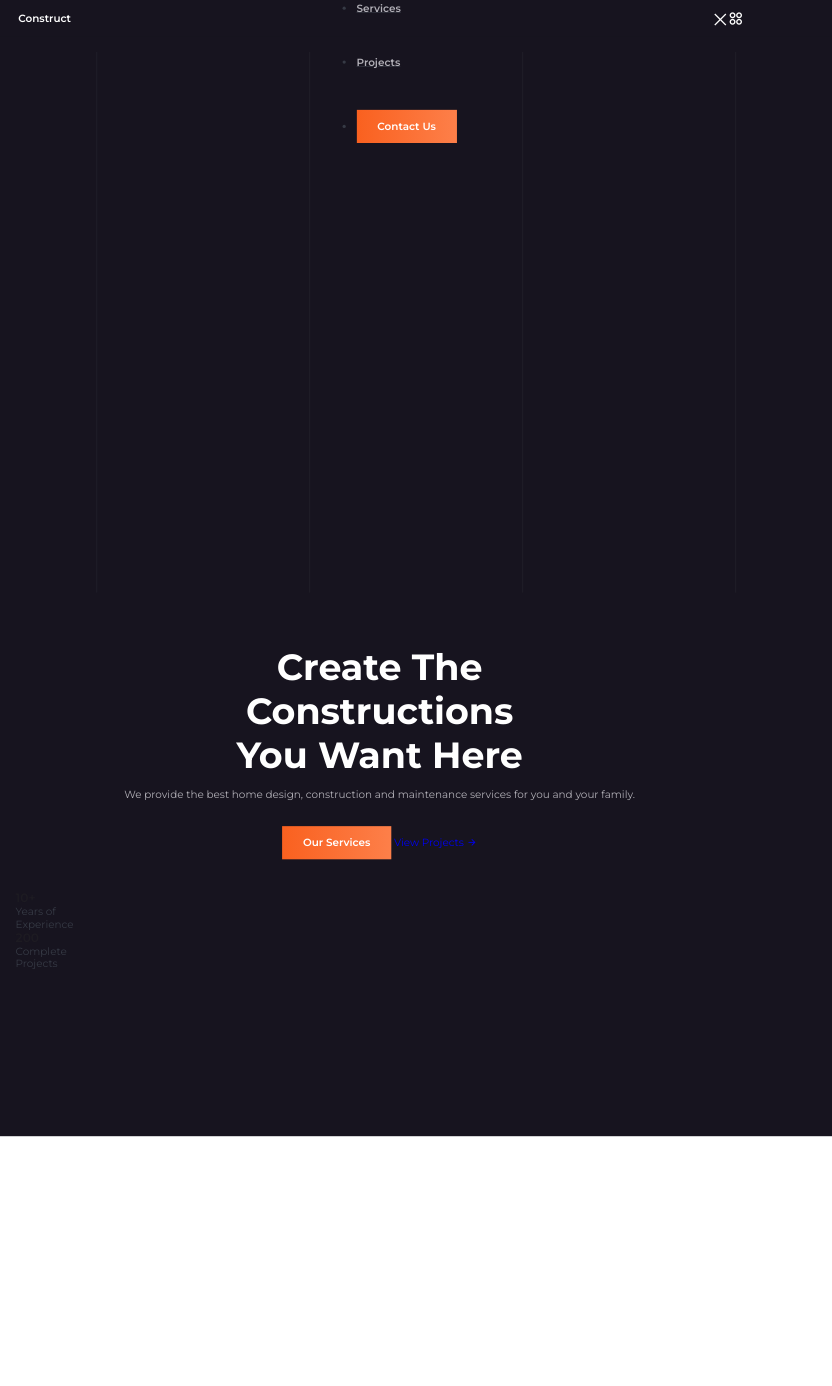
Repository: douglasabnovato/construction
Page: index.html
These files come from the project's save history. The page is drawn as it stood at one moment and after the next save; the edit follows.
The browser window is 1280 px wide. The pictures show the whole page, at 65% of full size.

Above is the page before, as saved 2025-04-29 00:47:18.

### index.html
<!DOCTYPE html>
<html lang="en">
  <head>
    <meta charset="UTF-8" />
    <meta name="viewport" content="width=device-width, initial-scale=1.0" />

    <!--=============== FAVICON ===============-->
    <link
      rel="shortcut icon"
      href="assets/img/favicon.png"
      type="image/x-icon"
    />

    <!--=============== REMIXICONS ===============-->
    <link
      rel="stylesheet"
      href="https://cdnjs.cloudflare.com/ajax/libs/remixicon/4.2.0/remixicon.css"
    />

    <!--=============== SWIPER CSS ===============-->
    <link rel="stylesheet" href="" />

    <!--=============== CSS ===============-->
    <link rel="stylesheet" href="assets/css/styles.css" />

    <title>Construction</title>
  </head>
  <body>
    <!--==================== HEADER ====================-->
    <header class="header" id="header">
      <nav class="nav container">
        <a href="#" class="nav__logo">
          <i class="ri-bulding-3-line"></i>
          <span>Construct</span>
        </a>
        <div class="nav__menu" id="nav-menu">
          <u class="nav__list">
            <li>
              <a href="#home" class="nav__link">Home</a>
            </li>
            <li>
              <a href="#aboutus" class="nav__link"> About Us</a>
            </li>
            <li>
              <a href="#services" class="nav__link"> Services</a>
            </li>
            <li>
              <a href="#projects" class="nav__link"> Projects</a>
            </li>
            <li>
              <a href="#contactus" class="nav__link button"> Contact Us</a>
            </li>
          </u>
          <!-- Close Button -->
          <div class="nav__close" id="nav-close">
            <i class="ri-close-large-line"></i>
          </div>
        </div>
        <!-- Toggle menu -->
        <div class="nav__toggle" id="nav-toggle">
          <i class="ri-apps-2-line"></i>
        </div>
      </nav>
    </header>

    <!--==================== MAIN ====================-->
    <main class="main">
      <!--==================== HOME ====================-->
      <section class="home section" id="home">
        <img
          src="./assets/img/home-lines-bg.svg"
          alt="image"
          class="home__lines"
        />
        <div class="home__container container grid">
          <div class="home__container grid">
            <div class="home__data">
              <h1 class="home__title">
                Create The<br />
                Constructions<br />
                You Want Here
              </h1>
              <p class="home__description">
                We provide the best home design, construction and maintenance
                services for you and your family.
              </p>
              <div class="home__buttons">
                <a href="#services" class="button">Our Services</a>
                <a href="#projects" class="button__link"
                  ><span>View Projects</span> <i class="ri-arrow-right-line"></i
                ></a>
              </div>
            </div>
            <div class="home__info">
              <div>
                <h3 class="home__info-title">10+</h3>
                <p class="home__info-description">
                  Years of <br />
                  Experience
                </p>
              </div>
              <div>
                <h3 class="home__info-title">200</h3>
                <p class="home__info-description">
                  Complete <br />
                  Projects
                </p>
              </div>
            </div>
          </div>
          <div class="home__images"></div>
        </div>
      </section>

      <!--==================== ABOUT ====================-->
      <section class="about section" id="about"></section>

      <!--==================== SERVICES ====================-->
      <section class="services section" id="services"></section>

      <!--==================== PROJECTS ====================-->
      <section class="projects section" id="projects"></section>

      <!--==================== CONTACT ====================-->
      <section class="contact section" id="contact"></section>
    </main>

    <!--==================== FOOTER ====================-->
    <footer class="footer"></footer>

    <!--========== SCROLL UP ==========-->

    <!--=============== SCROLLREVEAL ===============-->
    <script src=""></script>

    <!--=============== SWIPER JS ===============-->
    <script src=""></script>

    <!--=============== MAIN JS ===============-->
    <script src="assets/js/main.js"></script>
  </body>
</html>

### assets/css/styles.css
/*=============== GOOGLE FONTS ===============*/
@import url("https://fonts.googleapis.com/css2?family=Montserrat:wght@100..900&display=swap");

/*=============== VARIABLES CSS ===============*/
:root {
  --header-height: 3.5rem;

  /*========== Colors ==========*/
  /*Color mode HSL(hue, saturation, lightness)*/
  --first-color: hsl(18, 95%, 55%);
  --second-color: hsl(42, 98%, 52%);
  --first-gradient: linear-gradient(
    90deg,
    hsl(18, 95%, 55%),
    hsl(18, 98%, 64%)
  );
  --title-color: hsl(255, 12%, 12%);
  --text-color: hsl(225, 12%, 24%);
  --text-color-light: hsl(255, 4%, 70%);
  --body-color: hsl(0, 0%, 100%);
  --container-color: hsl(0, 0%, 100%);
  --white-color: hsl(0, 0%, 100%);
  --black-color: hsl(255, 20%, 10%);
  --gray-border: hsl(255, 6%, 90%);
  --black-border: hsl(255, 10%, 20%);

  /*========== Font and typography ==========*/
  /*.5rem = 8px | 1rem = 16px ...*/
  --body-font: "Montserrat", sans-serif;
  --big-font-size: 2.25rem;
  --h1-font-size: 1.5rem;
  --h2-font-size: 1.25rem;
  --h3-font-size: 1rem;
  --normal-font-size: 0.938rem;
  --small-font-size: 0.813rem;

  /*========== Font weight ==========*/
  --font-regular: 400;
  --font-medium: 500;
  --font-semi-bold: 600;
  --font-bold: 700;

  /*========== z index ==========*/
  --z-tooltip: 10;
  --z-fixed: 100;
}

/*========== Responsive typography ==========*/
@media screen and (min-width: 1150px) {
  :root {
    --big-font-size: 3.5rem;
    --h1-font-size: 2.25rem;
    --h2-font-size: 1.5rem;
    --h3-font-size: 1.25rem;
    --normal-font-size: 1rem;
    --small-font-size: 0.875rem;
  }
}

/*=============== BASE ===============*/
* {
  box-sizing: border-box;
  padding: 0;
  margin: 0;
}

html {
  scroll-behavior: smooth;
}

body {
  font-family: var(--body-font);
  font-size: var(--normal-font-size);
  background-color: var(--body-color);
  color: var(--text-color);
}

h1,
h2,
h3,
h4 {
  color: var(--title-color);
  font-weight: var(--font-semi-bold);
}

ul {
  list-style: none;
}

a {
  text-decoration: none;
}

img {
  display: block;
  max-width: 100%;
  height: auto;
}

/*=============== REUSABLE CSS CLASSES ===============*/
.container {
  max-width: 1120px;
  margin-inline: 1.5rem;
}

.grid {
  display: grid;
  gap: 1.5rem;
}

.section {
  padding-block: 5rem 1rem;
}
.section__title,
.section__subtitle {
  text-align: center;
}

.section__title {
  font-size: var(--h1-font-size);
  font-weight: var(--font-bold);
  margin-bottom: 1.5rem;
}

.section__subtitle {
  display: block;
  font-size: var(--normal-font-size);
  font-weight: var(--font-semi-bold);
  color: var(--second-color);
  margin-bottom: 0.5rem;
}

.main {
  overflow: hidden;
}

/*=============== HEADER & NAV ===============*/
.header {
  position: fixed;
  width: 100%;
  top: 0;
  left: 0;
  background-color: var(--black-color);
  z-index: var(--z-fixed);
}

.nav {
  position: relative;
  height: var(--header-height);
  display: flex;
  justify-content: space-between;
  align-items: center;
}

.nav__logo {
  display: flex;
  align-items: center;
  column-gap: 0.25rem;
}

.nav__logo span {
  color: var(--white-color);
  font-weight: var(--font-semi-bold);
  transition: color 0.4s;
}

.nav__logoi i {
  color: var(--first-color);
  font-size: 1.5rem;
}

.nav__toggle,
.nav__close {
  font-size: 1.5rem;
  color: var(--white-color);
  cursor: pointer;
  transition: color 0.4s;
}

/* Navigation for mobile devices */
@media screen and (max-width: 1150px) {
  .nav__menu {
    position: fixed;
    top: 0;
    right: -100%;
    background-color: var(--black-color);
    width: 80%;
    height: 100%;
    padding: 7.5rem 3.5rem 0;
    border-left: 2px solid var(--black-border);
    transition: right 0.4s;
  }
}

.nav__list {
  display: flex;
  flex-direction: column;
  row-gap: 4rem;
}

.nav__link {
  color: var(--text-color-light);
  font-weight: var(--font-semi-bold);
  transition: color 0.4s;
}

.nav__link:hover {
  color: var(--first-color);
}

.nav__close {
  position: absolute;
  top: 1rem;
  right: 1.5rem;
}

/* Show menu */
.show-menu {
  right: 0;
}

/* Change background header */

/* Active link */

/*=============== HOME ===============*/
.home {
  position: relative;
  background-color: var(--black-color);
}

.home__container {
  position: relative;
  row-gap: 3rem;
  padding-block: 2.5rem 6rem;
}

.home__content {
  row-gap: 2.5rem;
}

.home__data {
  text-align: center;
}

.home__title {
  color: var(--white-color);
  font-size: var(--big-font-size);
  font-weight: var(--font-bold);
  margin-bottom: 1rem;
}

.home__description{
  margin-bottom: 2.5rem;
  color: var(--text-color-light);
}

.home_buttons{
  display: flex;
  justify-content: center;
  align-items: center;
  gap: 1rem;
}

/*=============== BUTTON ===============*/
.button {
  display: inline-flex;
  background: var(--first-gradient);
  color: var(--white-color);
  font-weight: var(--font-semi-bold);
  padding: 1rem 2rem;
  transition: box-shadow .4s;
}

.button:hover{
  box-shadow: 0 8px 32px hsla(18, 95%, 55%, .3);
  color: var(--white-color);
}

/*=============== ABOUT ===============*/

/*=============== SERVICES ===============*/

/* Swiper class */

/*=============== PROJECTS ===============*/

/*=============== CONTACT ===============*/

/*=============== FOOTER ===============*/

/*=============== SCROLL BAR ===============*/

/*=============== SCROLL UP ===============*/

/* Show Scroll Up */

/*=============== BREAKPOINTS ===============*/
/* For small devices */

/* For medium devices */

/* For large devices */

### assets/js/main.js
/*=============== SHOW MENU ===============*/
const navMenu = document.getElementById('nav-menu'),
      navToggle = document.getElementById('nav-toggle'),
      navClose = document.getElementById('nav-close')

/* Menu show */
if(navToggle){
    navToggle.addEventListener('click', () =>{
        navMenu.classList.add('show-menu')
    })
}

/* Menu hidden */
if(navClose){
    navClose.addEventListener('click', () =>{
        navMenu.classList.remove('show-menu')
    })
}

/*=============== REMOVE MENU MOBILE ===============*/
const navLink = document.querySelectorAll('.nav__link')

const linkAction = () =>{
    const navMenu = document.getElementById('nav-menu')
    // When we click on each nav__link, we remove the show-menu class
    navMenu.classList.remove('show-menu')
}
navLink.forEach(n => n.addEventListener('click', linkAction))


/*=============== CHANGE BACKGROUND HEADER ===============*/

/*=============== SWIPER SERVICES ===============*/

/*=============== SHOW SCROLL UP ===============*/

/*=============== SCROLL SECTIONS ACTIVE LINK ===============*/

/*=============== SCROLL REVEAL ANIMATION ===============*/

After the next save:
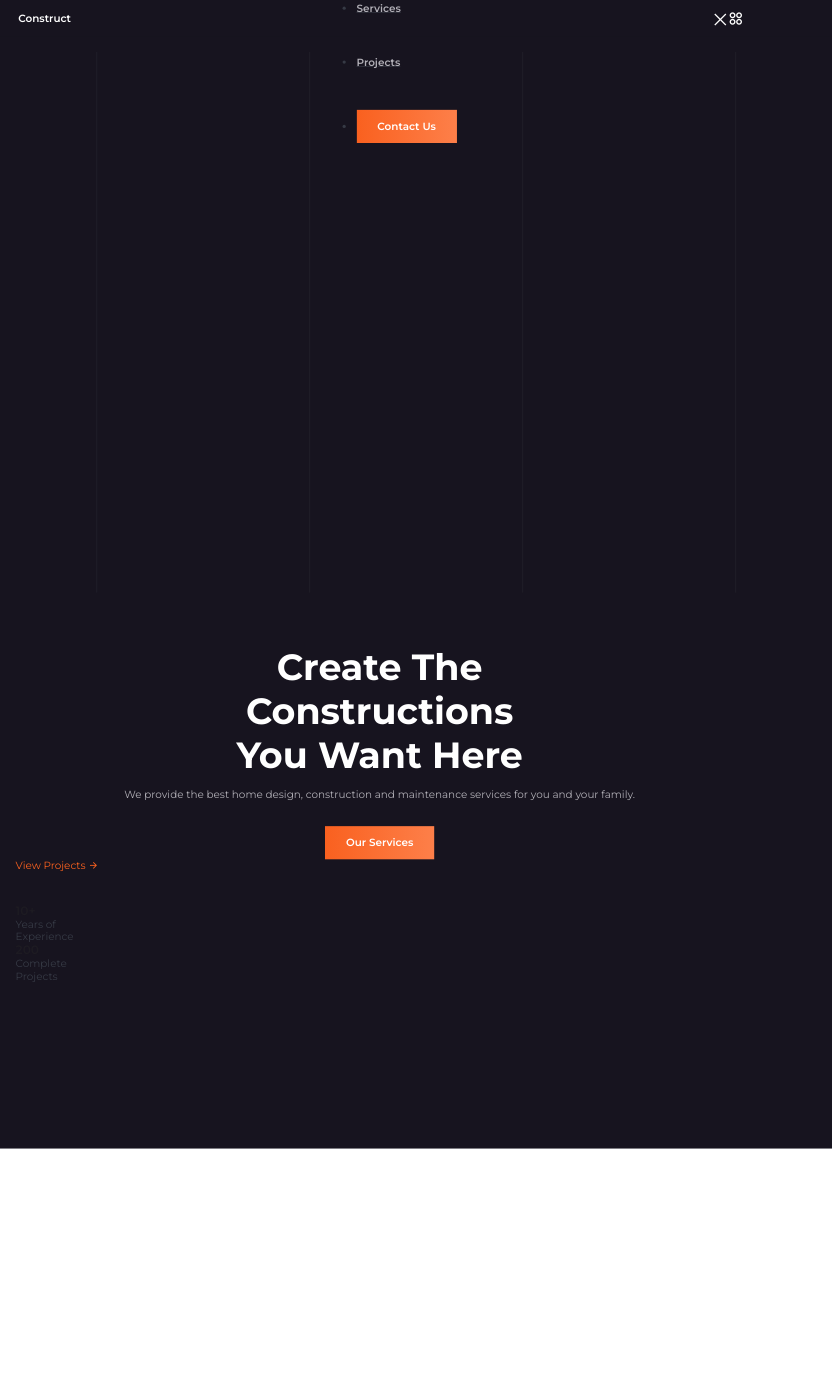
Saved 2 min 20 s later.
--- a/assets/css/styles.css
+++ b/assets/css/styles.css
@@ -277,6 +277,13 @@
   color: var(--white-color);
 }
 
+.button__link {
+  display: flex;
+  align-items: center;
+  column-gap: .25rem;
+  color: var(--first-color);
+}
+
 /*=============== ABOUT ===============*/
 
 /*=============== SERVICES ===============*/
